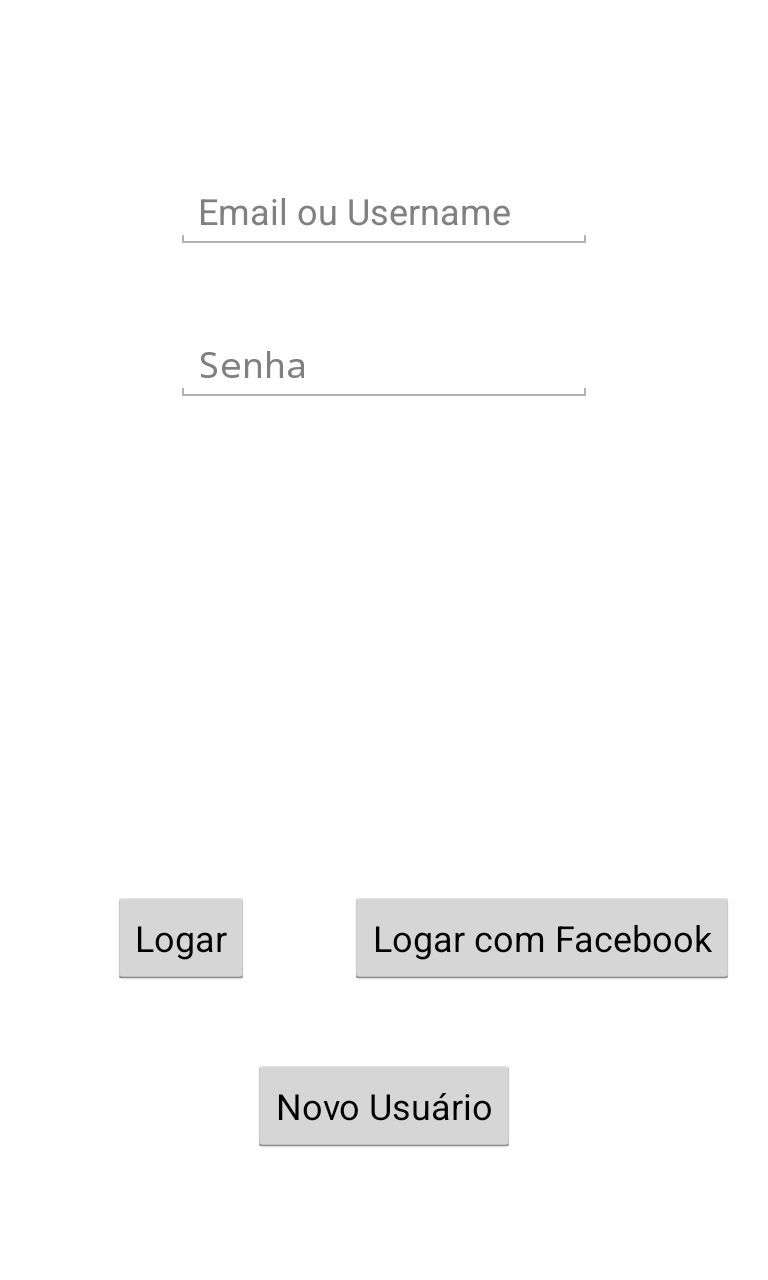
Repository: sergiofffilho/TrocandoIdeias
Layout: workspace/TrocandoIdeias/res/layout/activity_tela_login.xml
The author's editor kept a copy of each file at every save. The layout is drawn from the files as they stood at one save, then again after the next save.
It is drawn on a 768 x 1280 px phone screen (xhdpi) without system bars, with theme AppTheme; the app's code is not run. The app's manifest (not shown) leaves right-to-left support off. So textAlignment, textDirection and layoutDirection are ignored, and left and right values win over start and end ones.

Above is the layout before, as saved 2015-04-28 12:34:02.

### workspace/TrocandoIdeias/res/layout/activity_tela_login.xml
<RelativeLayout xmlns:android="http://schemas.android.com/apk/res/android"
    xmlns:tools="http://schemas.android.com/tools"
    android:layout_width="match_parent"
    android:layout_height="match_parent"
    android:paddingBottom="@dimen/activity_vertical_margin"
    android:paddingLeft="@dimen/activity_horizontal_margin"
    android:paddingRight="@dimen/activity_horizontal_margin"
    android:paddingTop="@dimen/activity_vertical_margin"
    tools:context="ufc.quixada.trocandoideias.TelaLogin" >

    <EditText
        android:id="@+id/username"
        android:layout_width="wrap_content"
        android:layout_height="wrap_content"
        android:layout_alignParentTop="true"
        android:layout_centerHorizontal="true"
        android:layout_marginTop="70dp"
        android:ems="10"
        android:hint="@string/username" />

    <EditText
        android:id="@+id/senha"
        android:layout_width="wrap_content"
        android:layout_height="wrap_content"
        android:layout_below="@+id/username"
        android:layout_centerHorizontal="true"
        android:layout_marginTop="37dp"
        android:ems="10"
        android:hint="@string/senha"
        android:inputType="textPassword" />

    <Button
        android:id="@+id/login"
        android:layout_width="wrap_content"
        android:layout_height="wrap_content"
        android:layout_above="@+id/cadastro"
        android:layout_marginBottom="36dp"
        android:layout_toStartOf="@+id/cadastro"
        android:text="@string/logar"
        android:onClick="login" />

    <Button
        android:id="@+id/loginFacebook"
        android:layout_width="wrap_content"
        android:layout_height="wrap_content"
        android:layout_alignBaseline="@+id/login"
        android:layout_alignBottom="@+id/login"
        android:layout_alignParentEnd="true"
        android:onClick="select"
        android:text="@string/facebook" />

    <Button
        android:id="@+id/cadastro"
        android:layout_width="wrap_content"
        android:layout_height="wrap_content"
        android:layout_alignParentBottom="true"
        android:layout_centerHorizontal="true"
        android:layout_marginBottom="47dp"
        android:text="@string/novoUsuario"
        android:onClick="irParaCadastro"/>

</RelativeLayout>

### workspace/TrocandoIdeias/res/values/strings.xml
<?xml version="1.0" encoding="utf-8"?>
<resources>

    <string name="app_name">TrocandoIdeias</string>
    <string name="hello_world">Hello world!</string>
    <string name="action_settings">Settings</string>
    <string name="username">Email ou Username</string>
    <string name="email">Email</string>
    <string name="usernameCadastro">Username</string>
    <string name="senha">Senha</string>
    <string name="logar">Logar</string>
    <string name="novoUsuario">Novo Usuário</string>
    <string name="facebook">Logar com Facebook</string>
    <string name="cadastro">Cadastrar</string>
    <string name="title_activity_cadastro">Cadastro</string>
    <string name="title_activity_add_projetos">AddProjetos</string>

</resources>

Loaded but not shown: workspace/TrocandoIdeias/res/values/styles.xml (common file); workspace/TrocandoIdeias/res/values-v11/styles.xml (common file); workspace/TrocandoIdeias/res/values-v14/styles.xml (common file); workspace/TrocandoIdeias/res/values/dimens.xml (common file); workspace/TrocandoIdeias/res/values-w820dp/dimens.xml (common file)

After the next save:
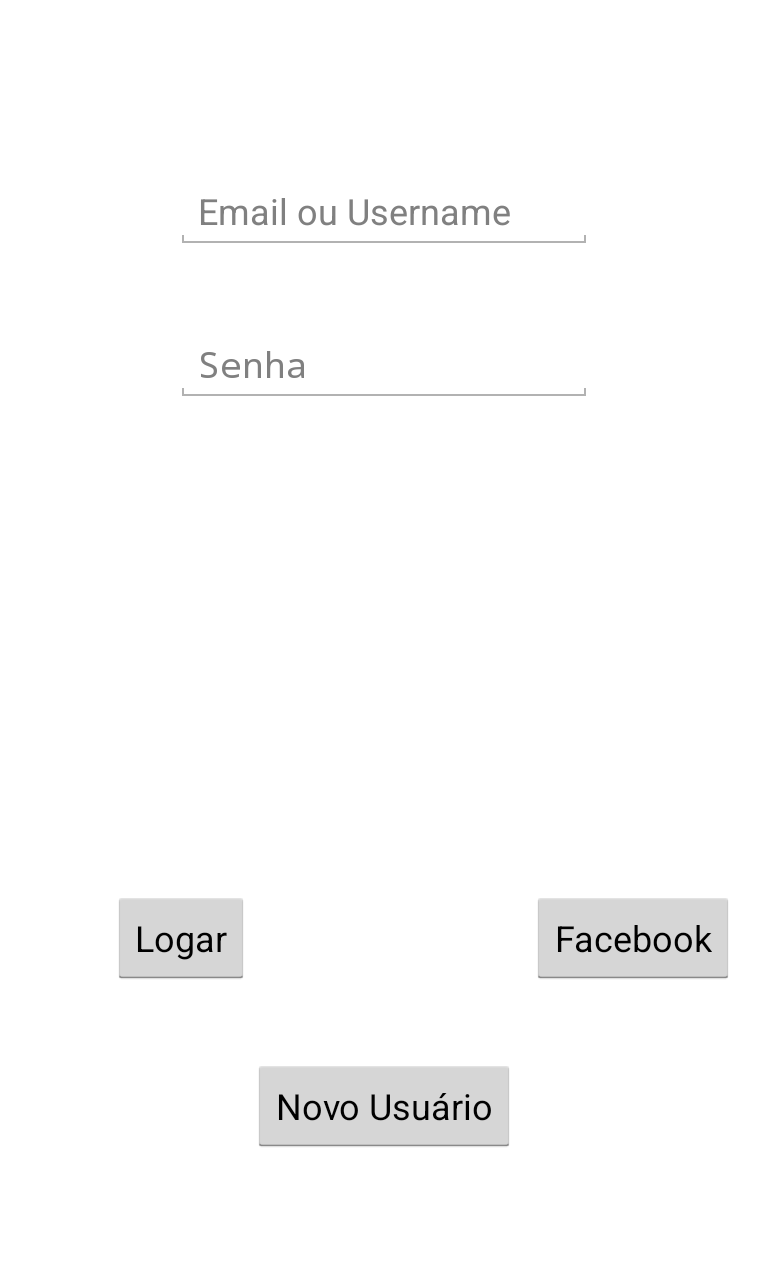
Saved 4 min 52 s later.
--- a/workspace/TrocandoIdeias/res/values/strings.xml
+++ b/workspace/TrocandoIdeias/res/values/strings.xml
@@ -10,7 +10,7 @@
     <string name="senha">Senha</string>
     <string name="logar">Logar</string>
     <string name="novoUsuario">Novo Usuário</string>
-    <string name="facebook">Logar com Facebook</string>
+    <string name="facebook">Facebook</string>
     <string name="cadastro">Cadastrar</string>
     <string name="title_activity_cadastro">Cadastro</string>
     <string name="title_activity_add_projetos">AddProjetos</string>
